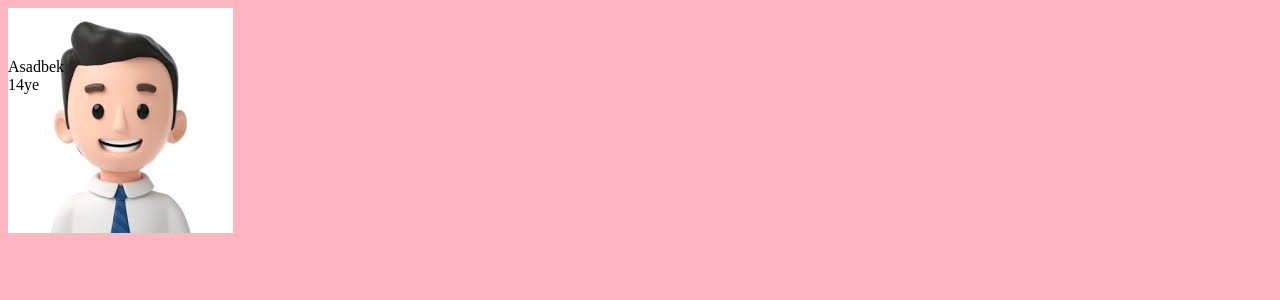
Repository: KHANas02/live-stream
Page: contact.html
These files come from the project's save history. The page is drawn as it stood at one moment and after a run of saves; the edit follows.
The browser window is 1280 px wide. The pictures show the whole page.

Above is the page before, as saved 2024-03-25 07:09:39.

After the next 4 saves:
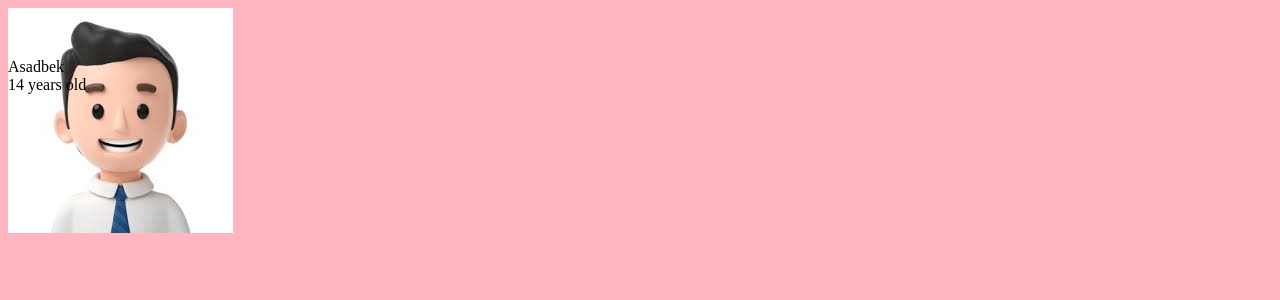
The 4 saves are shown as one change because they came seconds apart.
The last was saved 10 s later.
--- a/contact.html
+++ b/contact.html
@@ -28,7 +28,8 @@
     <div class="text"></div>
   </div>
   <div class="text">Asadbek <br>
-14ye
+14 years old <br>
+
 
 
 </div>
